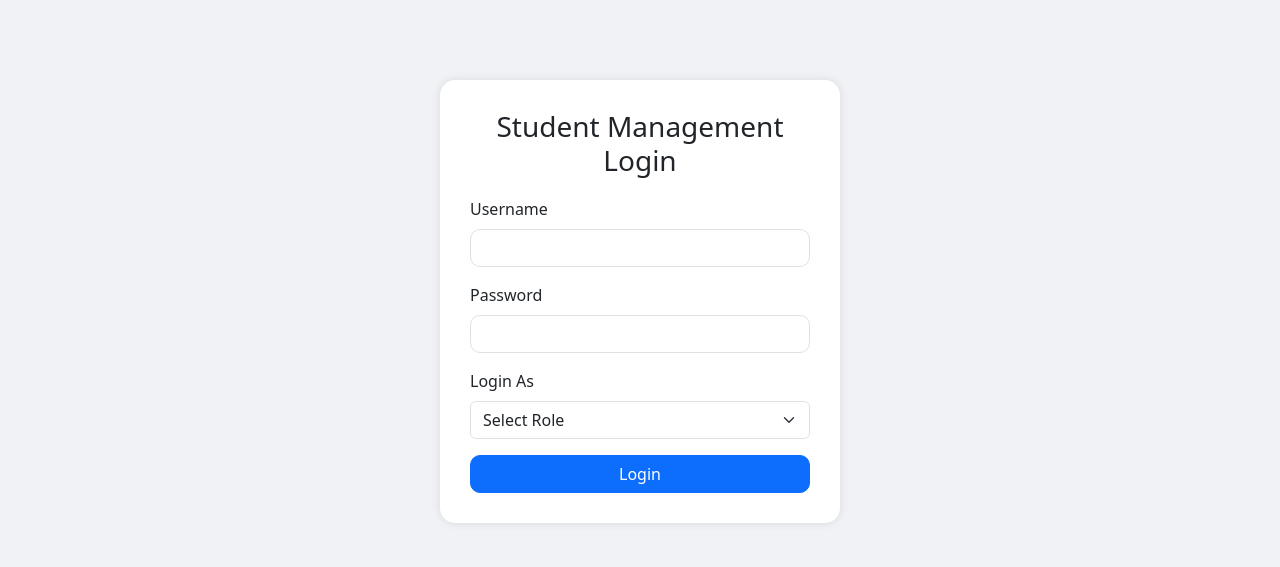
Repository: BorudePiyush/StudentMANAGEMENTSystem-using-java
Page: http://localhost/Student_management_systems/login.jsp
An editor plug-in stored every save of this project. The page is shown before and after the next save, followed by the edit.
The browser window is 1280 px wide. The pictures show the whole page.
The page is served by Tomcat 10. Other server files are loaded and not shown.

Above is the page before, as saved 2025-06-09 14:16:51.

### Student management systems/src/main/webapp/login.jsp
<%@ page language="java" contentType="text/html; charset=UTF-8" pageEncoding="UTF-8"%>
<!DOCTYPE html>
<html lang="en">
<head>
  <meta charset="UTF-8">
  <title>Login - Student Management System</title>
  <meta name="viewport" content="width=device-width, initial-scale=1">
  <link href="https://cdn.jsdelivr.net/npm/bootstrap@5.3.2/dist/css/bootstrap.min.css" rel="stylesheet">
  <style>
    body {
      background: #f0f2f5;
    }
    .login-box {
      max-width: 400px;
      margin: 80px auto;
      background: #fff;
      padding: 30px;
      border-radius: 15px;
      box-shadow: 0 0 10px rgba(0,0,0,0.1);
    }
    .form-control {
      border-radius: 10px;
    }
    .btn-primary {
      border-radius: 10px;
    }
    .title {
      text-align: center;
      margin-bottom: 20px;
    }
  </style>
</head>
<body>

  <div class="container">
    <div class="login-box">
      <h3 class="title">Student Management Login</h3>

      <%
        String error = request.getParameter("error");
        if ("invalid".equals(error)) {
      %>
        <div class="alert alert-danger text-center" role="alert">
          Invalid username, password, or role. Please try again.
        </div>
      <%
        }
      %>

      <form action="LoginServlet" method="post">
        <div class="mb-3">
          <label for="username" class="form-label">Username</label>
          <input type="text" name="username" id="username" class="form-control" required>
        </div>

        <div class="mb-3">
          <label for="password" class="form-label">Password</label>
          <input type="password" name="password" id="password" class="form-control" required>
        </div>

        <div class="mb-3">
          <label for="role" class="form-label">Login As</label>
          <select name="role" id="role" class="form-select" required>
            <option value="">Select Role</option>
            <option value="admin">Admin</option>
            <option value="faculty">Faculty</option>
            <option value="student">Student</option>
          </select>
        </div>

        <div class="d-grid">
          <button type="submit" class="btn btn-primary">Login</button>
        </div>
      </form>
    </div>
  </div>

</body>
</html>

After the next save:
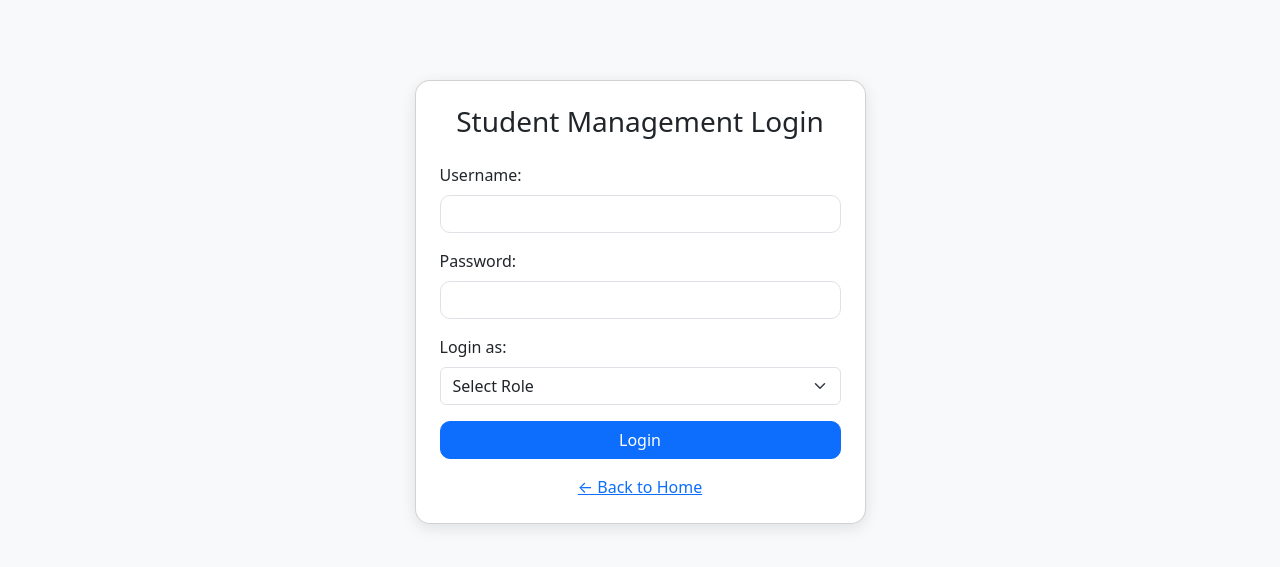
Saved 105 s later.
--- a/Student management systems/src/main/webapp/login.jsp
+++ b/Student management systems/src/main/webapp/login.jsp
@@ -1,79 +1,81 @@
-<%@ page language="java" contentType="text/html; charset=UTF-8" pageEncoding="UTF-8"%>
+<%@ page contentType="text/html;charset=UTF-8" language="java" %>
 <!DOCTYPE html>
 <html lang="en">
 <head>
-  <meta charset="UTF-8">
-  <title>Login - Student Management System</title>
-  <meta name="viewport" content="width=device-width, initial-scale=1">
-  <link href="https://cdn.jsdelivr.net/npm/bootstrap@5.3.2/dist/css/bootstrap.min.css" rel="stylesheet">
-  <style>
-    body {
-      background: #f0f2f5;
-    }
-    .login-box {
-      max-width: 400px;
-      margin: 80px auto;
-      background: #fff;
-      padding: 30px;
-      border-radius: 15px;
-      box-shadow: 0 0 10px rgba(0,0,0,0.1);
-    }
-    .form-control {
-      border-radius: 10px;
-    }
-    .btn-primary {
-      border-radius: 10px;
-    }
-    .title {
-      text-align: center;
-      margin-bottom: 20px;
-    }
-  </style>
+    <meta charset="UTF-8">
+    <title>Login - Student Management System</title>
+    <link href="https://cdn.jsdelivr.net/npm/bootstrap@5.3.2/dist/css/bootstrap.min.css" rel="stylesheet" />
+    <style>
+        body {
+            background: #f8f9fa;
+        }
+        .login-container {
+            margin-top: 80px;
+        }
+        .card {
+            border-radius: 15px;
+            box-shadow: 0px 4px 15px rgba(0,0,0,0.1);
+        }
+        .form-control {
+            border-radius: 10px;
+        }
+        .btn {
+            border-radius: 10px;
+        }
+    </style>
 </head>
 <body>
 
-  <div class="container">
-    <div class="login-box">
-      <h3 class="title">Student Management Login</h3>
+<div class="container login-container">
+    <div class="row justify-content-center">
+        <div class="col-md-5">
+            <div class="card p-4">
+                <h3 class="text-center mb-4">Student Management Login</h3>
 
-      <%
-        String error = request.getParameter("error");
-        if ("invalid".equals(error)) {
-      %>
-        <div class="alert alert-danger text-center" role="alert">
-          Invalid username, password, or role. Please try again.
+                <%
+                    String error = request.getParameter("error");
+                    if ("invalid".equals(error)) {
+                %>
+                    <div class="alert alert-danger text-center" role="alert">
+                        Invalid username or password.
+                    </div>
+                <%
+                    }
+                %>
+
+                <form action="LoginServlet" method="post">
+                    <div class="mb-3">
+                        <label for="username" class="form-label">Username:</label>
+                        <input type="text" class="form-control" id="username" name="username" required>
+                    </div>
+
+                    <div class="mb-3">
+                        <label for="password" class="form-label">Password:</label>
+                        <input type="password" class="form-control" id="password" name="password" required>
+                    </div>
+
+                    <div class="mb-3">
+                        <label for="role" class="form-label">Login as:</label>
+                        <select class="form-select" id="role" name="role" required>
+                            <option value="">Select Role</option>
+                            <option value="admin">Admin</option>
+                            <option value="faculty">Faculty</option>
+                            <option value="student">Student</option>
+                        </select>
+                    </div>
+
+                    <div class="d-grid">
+                        <button type="submit" class="btn btn-primary">Login</button>
+                    </div>
+                </form>
+
+                <div class="text-center mt-3">
+                    <a href="index.jsp">← Back to Home</a>
+                </div>
+            </div>
         </div>
-      <%
-        }
-      %>
-
-      <form action="LoginServlet" method="post">
-        <div class="mb-3">
-          <label for="username" class="form-label">Username</label>
-          <input type="text" name="username" id="username" class="form-control" required>
-        </div>
-
-        <div class="mb-3">
-          <label for="password" class="form-label">Password</label>
-          <input type="password" name="password" id="password" class="form-control" required>
-        </div>
-
-        <div class="mb-3">
-          <label for="role" class="form-label">Login As</label>
-          <select name="role" id="role" class="form-select" required>
-            <option value="">Select Role</option>
-            <option value="admin">Admin</option>
-            <option value="faculty">Faculty</option>
-            <option value="student">Student</option>
-          </select>
-        </div>
-
-        <div class="d-grid">
-          <button type="submit" class="btn btn-primary">Login</button>
-        </div>
-      </form>
     </div>
-  </div>
+</div>
 
 </body>
 </html>
